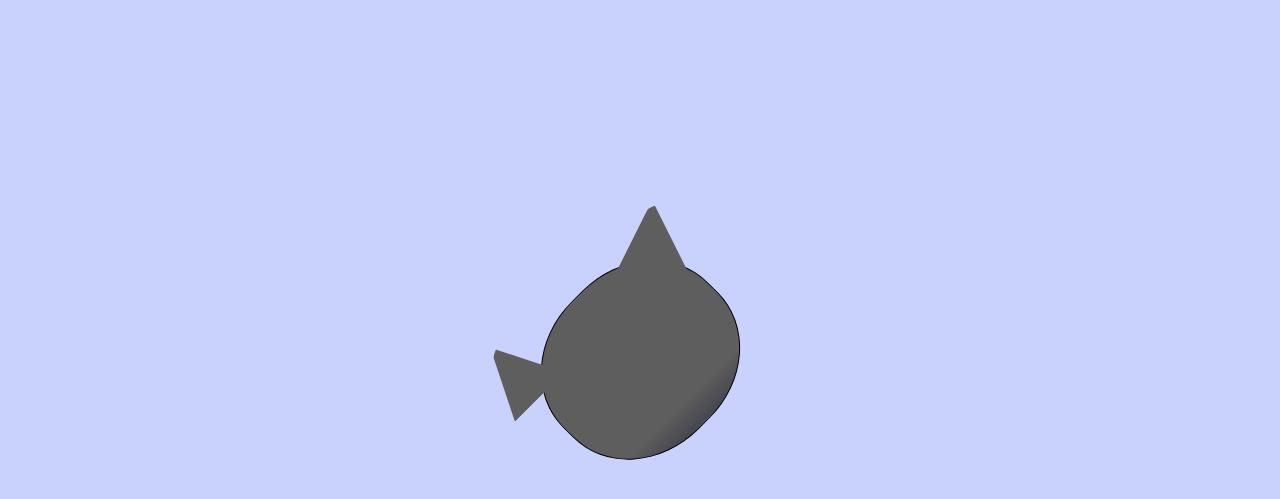
Repository: Lungdjos/cat_painting
Page: index.html
These files come from the project's save history. The page is drawn as it stood at one moment and after the next save; the edit follows.
The browser window is 1280 px wide. The pictures show the whole page.

Above is the page before, as saved 2023-11-08 15:55:33.

After the next save:
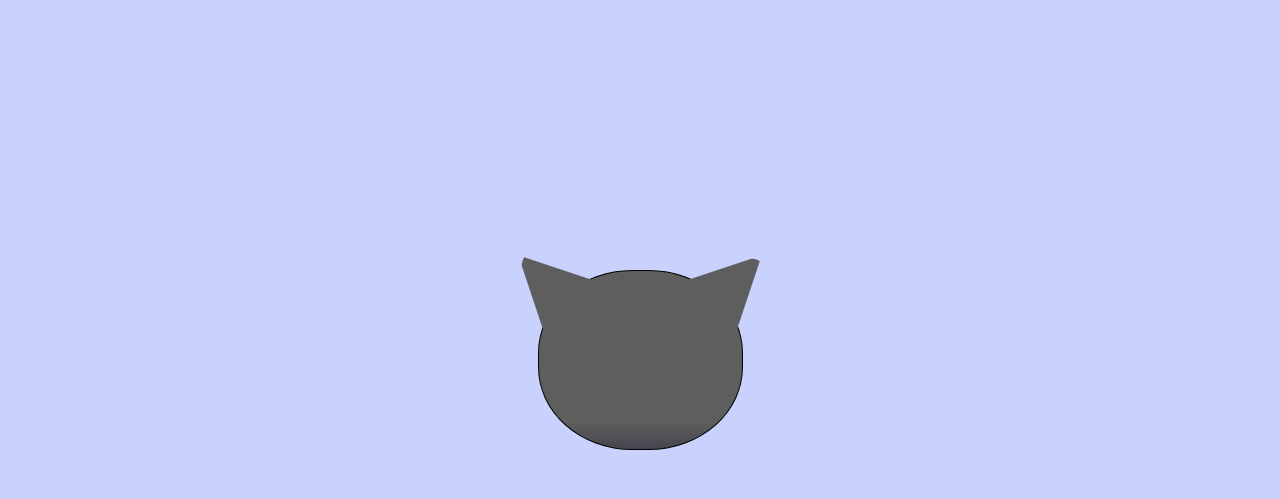
Saved 6 min 32 s later.
--- a/styles.css
+++ b/styles.css
@@ -1,5 +1,3 @@
-/* Styling the document */
-
 * {
     box-sizing: border-box;
 }
@@ -9,50 +7,40 @@ body {
 }
 
 .cat-head {
+    position: absolute;
+    right: 0;
+    left: 0;
+    top: 0;
+    bottom: 0;
+    margin: auto;
+    background: linear-gradient(#5e5e5e 85%, #45454f 100%);
     width: 205px;
     height: 180px;
     border: 1px solid #000;
     border-radius: 46%;
-    background: linear-gradient(#5e5e5e 85%, #45454f 100%);
+}
+
+.cat-left-ear {
     position: absolute;
-    top: 0;
-    left: 0;
-    right: 0;
-    bottom: 0;
-    margin: auto;
+    top: -26px;
+    left: -31px;
+    z-index: 1;
+    border-top-left-radius: 90px;
+    border-top-right-radius: 10px;
     transform: rotate(-45deg);
+    border-left: 35px solid transparent;
+    border-right: 35px solid transparent;
+    border-bottom: 70px solid #5e5e5e;
 }
 
 .cat-right-ear {
     position: absolute;
     top: -26px;
     left: 163px;
+    transform: rotate(45deg);
     border-top-left-radius: 90px;
     border-top-right-radius: 10px;
-    transform: rotate(45deg);
     border-left: 35px solid transparent;
     border-right: 35px solid transparent;
     border-bottom: 70px solid #5e5e5e;
-    z-index: -1;
 }
-
-
-/* .box {
-    width: 200px;
-    height: 600px;
-    background-color: #000;
-    position: absolute;
-    top: 800px;
-    left: 650px;
-} */
-
-.cat-left-ear {
-    border-left: 35px solid transparent;
-    border-right: 35px solid transparent;
-    border-bottom: 70px solid #5e5e5e;
-    position: absolute;
-    top: -26px;
-    left: -31px;
-    border-top-left-radius: 90px;
-    border-top-right-radius: 10px;
-}
